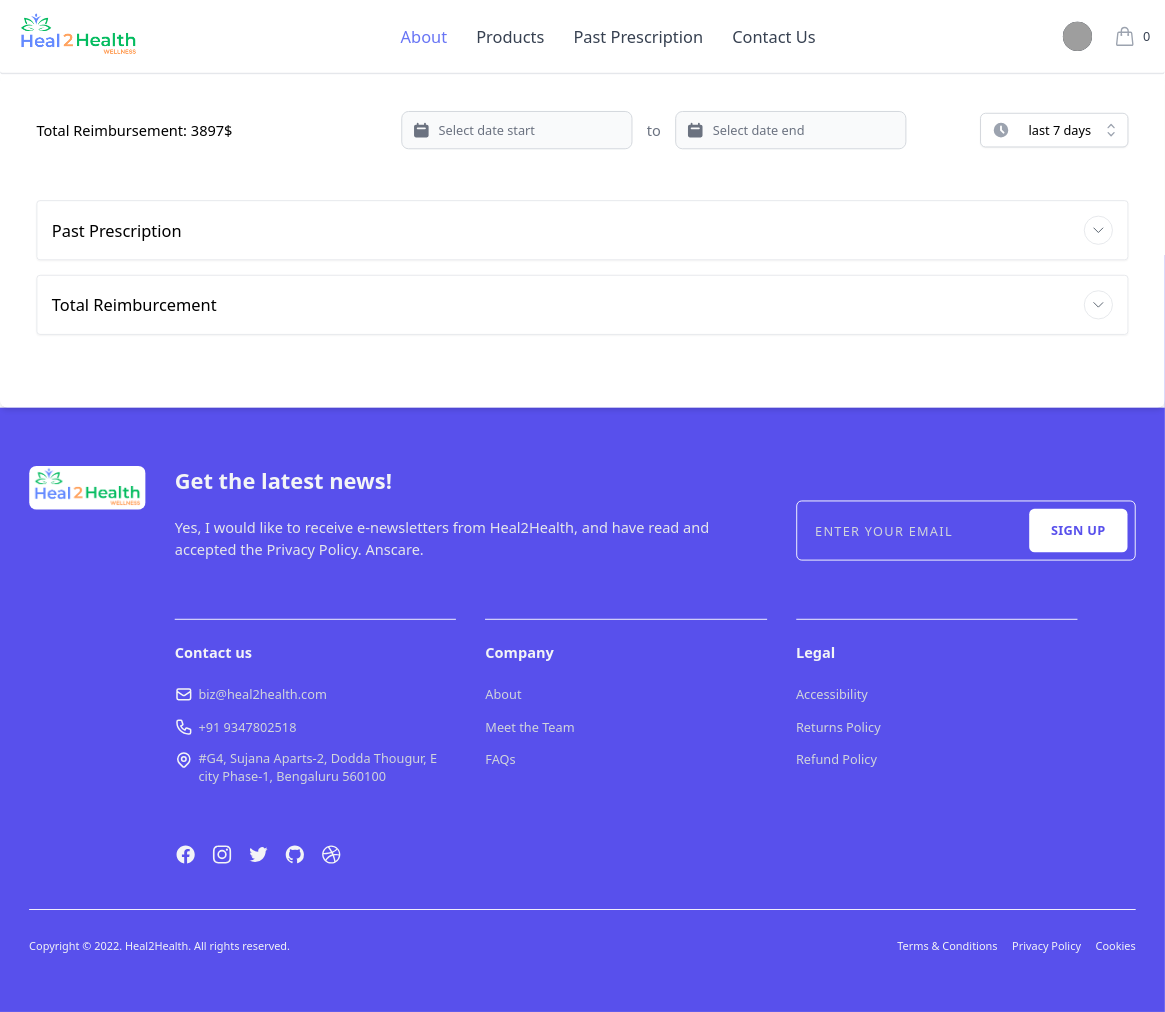
Repository: Akash123-coder/H2H
Page: /pastprescription (app in Frontend/)
The author's editor kept a copy of each file at every save. The page is drawn from the files as they stood at one save, then again after the next save.
The browser window is 1280 px wide. The pictures show the whole page, at 91% of full size.
Pictures or frames that could not be fetched are drawn as grey boxes. The project was rebuilt for these pictures with package versions that can differ from the ones it lists, and the page was loaded fresh each time. Also part of the build but not shown: Frontend/vite.config.ts, Frontend/src/pages/About.tsx, Frontend/src/components/Cta.jsx, Frontend/src/pages/Home.jsx, Frontend/src/components/Product.tsx, Frontend/src/pages/Prescription.jsx, Frontend/src/pages/SignUp.jsx, Frontend/src/pages/Login.jsx and 1 more.

Above is the page before, as saved 2022-10-05 13:01:07.

### Frontend/index.html
<!DOCTYPE html>
<html lang="en">
  <head>
    <meta charset="UTF-8" />
    <link rel="icon" type="image/svg+xml" href="/vite.svg" />
    <meta name="viewport" content="width=device-width, initial-scale=1.0" />
    <title>Heal2Health</title>
  </head>
  <body>
    <div id="root"></div>
    <script type="module" src="/src/main.tsx"></script>
  </body>
</html>

### Frontend/src/main.tsx
import React from 'react'
import ReactDOM from 'react-dom/client'
import App from './App'
import './index.css'
import {BrowserRouter} from 'react-router-dom'

ReactDOM.createRoot(document.getElementById('root') as HTMLElement).render(
  <React.StrictMode>
    <BrowserRouter>
    <App />
    </BrowserRouter>
  </React.StrictMode>
)

### Frontend/src/App.jsx
import { Routes, Route } from "react-router-dom";
import Navbar from "./components/Navbar.jsx";
import { ShoppingCartProvider } from "./context/ShoppingCartContext";
import About from "./pages/About";
import Home from "./pages/Home";
import Prescription from "./pages/Prescription";
import SignUp from "./pages/SignUp";
import Footer from "./components/Footer";
import Login from "./pages/Login";
import Cart from "./pages/Cart";
import CompanyNameSelect from "./pages/CompanyNameSelect.jsx";
import PastPrescription from "./pages/PastPrescription.jsx";

function App() {
  return (
    <ShoppingCartProvider>
      <Navbar />
      <Routes>
        <Route path="/" element={<Home />} />
        <Route path="/prescription" element={<Prescription />} />
        <Route path="/about" element={<About />} />
        <Route path="/login" element={<Login />} />
        <Route path="/SignUp" element={<SignUp />} />
        <Route path="/pastprescription" element={<PastPrescription />} />
        {/* <Route path="/SignUp" element={<CompanyNameSelect />} /> */}
      </Routes>
      <Footer />
    </ShoppingCartProvider>
  );
}

export default App;

### Frontend/src/components/Navbar.jsx
// import user from '../assets/user.png'
import { useState } from 'react'
import logo from '../assets/logo.png'
import {NavLink} from 'react-router-dom'
import { ShoppingBagIcon } from "@heroicons/react/24/outline";
import Cart from '../pages/Cart'

function Navbar() {
    const [Active, setActive] = useState(true)

    const showMenu = () =>{
        setActive(!Active)
    }

  return (
    <div>
      <nav className="bg-white border-b-2  px-2 sm:px-4  py-2.5 rounded fixed-top sticky top-0  dark:bg-gray-900 ">
        <div className="container flex flex-wrap justify-between items-center mx-auto">
          <a href="/" className="flex items-center ">
            <img
              src={logo}
              className="mr-3 h-16 lg:h-14 sm:h-12"
              alt="Flowbite Logo"
            />
          </a>
          <div className="flex items-center md:order-2">
            <NavLink
              to="/login"
              type="button"
              className="flex mr-3 text-sm bg-gray-800 rounded-full md:mr-0 focus:ring-4 focus:ring-gray-300 dark:focus:ring-gray-600"
              id="user-menu-button"
              aria-expanded="false"
              data-dropdown-toggle="user-dropdown"
              data-dropdown-placement="bottom"
            >
              <span className="sr-only">Open user menu</span>
              <img
                className="w-8 h-8 rounded-full"
                src="https://images.pexels.com/photos/614810/pexels-photo-614810.jpeg?auto=compress&cs=tinysrgb&dpr=1&w=500"
                alt="user photo"
              />
            </NavLink>
            <Cart />

            <button
              data-collapse-toggle="mobile-menu-2"
              type="button"
              className="  inlinkne-flex items-center p-2 ml-1 text-sm text-gray-500 rounded-lg md:hidden hover:bg-gray-100 focus:outlinkne-none focus:ring-2 focus:ring-gray-200 dark:text-gray-400 dark:hover:bg-gray-700 dark:focus:ring-gray-600"
              aria-controls="mobile-menu-2"
              aria-expanded="false"
            >
              <span className="sr-only">Open main menu</span>
              <svg
                className="w-6 h-6"
                aria-hidden="true"
                onClick={showMenu}
                fill="currentColor"
                viewBox="0 0 20 20"
                xmlns="http://www.w3.org/2000/svg"
              >
                <path
                  fill-rule="evenodd"
                  d="M3 5a1 1 0 011-1h12a1 1 0 110 2H4a1 1 0 01-1-1zM3 10a1 1 0 011-1h12a1 1 0 110 2H4a1 1 0 01-1-1zM3 15a1 1 0 011-1h12a1 1 0 110 2H4a1 1 0 01-1-1z"
                  clinkp-rule="evenodd"
                ></path>
              </svg>
            </button>
          </div>
          <div
            className={
              !Active
                ? " justify-between items-center w-full md:flex md:w-auto md:order-1 border-b-stone-500"
                : "hidden"
            }
            id="mobile-menu-2"
          >
            <ul className="flex flex-col p-4 mt-4  bg-gray-50 rounded-lg border border-gray-100 md:flex-row md:space-x-8 md:mt-0 md:text-sm md:font-medium md:border-0 md:bg-white dark:bg-gray-800 md:dark:bg-gray-900 dark:border-gray-700">
              <NavLink to="/">
                <a
                  className="block py-2 pr-4 pl-3 text-lg text-white bg-indigo-700 rounded md:bg-transparent md:text-indigo-700 md:p-0 dark:text-white"
                  aria-current="page "
                  onClick={showMenu}
                >
                  About
                </a>
              </NavLink>
              {/* <NavLink to="/about">
                <a
                  className="block py-2 pr-4 pl-3 text-lg text-gray-700 rounded hover:bg-gray-100 md:hover:bg-transparent md:hover:text-indigo-700 md:p-0 dark:text-gray-400 md:dark:hover:text-white dark:hover:bg-gray-700 dark:hover:text-white md:dark:hover:bg-transparent dark:border-gray-700"
                  onClick={showMenu}
                >
                  About
                </a>
              </NavLink> */}

              <NavLink to="/Prescription">
                <a
                  href="#"
                  className="block py-2 pr-4 pl-3 text-lg text-gray-700 rounded hover:bg-gray-100 md:hover:bg-transparent md:hover:text-indigo-700 md:p-0 dark:text-gray-400 md:dark:hover:text-white dark:hover:bg-gray-700 dark:hover:text-white md:dark:hover:bg-transparent dark:border-gray-700"
                  onClick={showMenu}
                >
                  Products
                </a>
              </NavLink>
              <NavLink to="/PastPrescription">
                <a
                  href="#"
                  className="block py-2 pr-4 pl-3 text-lg text-gray-700 rounded hover:bg-gray-100 md:hover:bg-transparent md:hover:text-indigo-700 md:p-0 dark:text-gray-400 md:dark:hover:text-white dark:hover:bg-gray-700 dark:hover:text-white md:dark:hover:bg-transparent dark:border-gray-700"
                  onClick={showMenu}
                  to="/pastprescription"
                >
                  Past Prescription
                </a>
              </NavLink>

              <a
                href="#contact"
                className="block py-2 pr-4 pl-3 text-lg text-gray-700 rounded hover:bg-gray-100 md:hover:bg-transparent md:hover:text-indigo-700 md:p-0 dark:text-gray-400 md:dark:hover:text-white dark:hover:bg-gray-700 dark:hover:text-white md:dark:hover:bg-transparent dark:border-gray-700"
                onClick={showMenu}
              >
                Contact Us
              </a>
            </ul>
          </div>
          <div
            className={
              "hidden justify-between  items-center w-full md:flex md:w-auto md:order-1"
            }
            id="mobile-menu-2"
          >
            <ul className="flex flex-col p-4 mt-4  bg-gray-50 rounded-lg border border-gray-100 md:flex-row md:space-x-8 md:mt-0 md:text-sm md:font-medium md:border-0 md:bg-white dark:bg-gray-800 md:dark:bg-gray-900 dark:border-gray-700">
              <NavLink to="/">
                <a
                  href="#"
                  className="block py-2 pr-4 pl-3 text-lg text-white bg-indigo-700 rounded md:bg-transparent md:text-indigo-500 md:p-0 dark:text-white"
                  aria-current="page"
                >
                  About
                </a>
              </NavLink>
              {/* <NavLink to="/about">
                <a
                  href="#"
                  className="block py-2 pr-4 pl-3 text-gray-700 rounded text-lg hover:bg-gray-100 md:hover:bg-transparent md:hover:text-indigo-700 md:p-0 dark:text-gray-400 md:dark:hover:text-white dark:hover:bg-gray-700 dark:hover:text-white md:dark:hover:bg-transparent dark:border-gray-700"
                >
                  About
                </a>
              </NavLink> */}

              <NavLink to="/prescription">
                <a
                  href="#"
                  className="block py-2 pr-4 pl-3 text-gray-700 rounded text-lg hover:bg-gray-100 md:hover:bg-transparent md:hover:text-indigo-500 md:p-0 dark:text-gray-400 md:dark:hover:text-white dark:hover:bg-gray-700 dark:hover:text-white md:dark:hover:bg-transparent dark:border-gray-700"
                >
                  Products
                </a>
              </NavLink>
              <NavLink to="/PastPrescription">
                <a
                  href="#"
                  className="block py-2 pr-4 pl-3 text-lg text-gray-700 rounded hover:bg-gray-100 md:hover:bg-transparent md:hover:text-indigo-700 md:p-0 dark:text-gray-400 md:dark:hover:text-white dark:hover:bg-gray-700 dark:hover:text-white md:dark:hover:bg-transparent dark:border-gray-700"
                  to="/pastprescription"
                >
                  Past Prescription
                </a>
              </NavLink>
              <a
                href="#contact"
                className="block py-2 pr-4 pl-3 text-gray-700 rounded text-lg hover:bg-gray-100 md:hover:bg-transparent md:hover:text-indigo-500 md:p-0 dark:text-gray-400 md:dark:hover:text-white dark:hover:bg-gray-700 dark:hover:text-white md:dark:hover:bg-transparent dark:border-gray-700"
              >
                Contact Us
              </a>
            </ul>
          </div>
        </div>
      </nav>
    </div>
  );
}

export default Navbar

### Frontend/src/context/ShoppingCartContext.tsx
import {useContext ,useState, createContext ,ReactNode} from 'react'

const ShoppingCartContext = createContext({})

type ShoppingCartProviderProps ={
    children: ReactNode
}
type CartItem = {
    id: number
    quantity:number
}


type ShoppingCartContext ={
    CartQuantity:number
    CartItems:CartItem[]
    getItemQuantity:(id: number) => number
    increaseItemQuantity:(id: number) => void
    decreaseItemQuantity:(id: number) => void
    removeFromCart:(id: number) => void
}

export function useShoppingCart() {
  return ( useContext(ShoppingCartContext)
  )
}

export function ShoppingCartProvider({children}:ShoppingCartProviderProps){
    const [cartItems ,setCartItems] = useState<CartItem>([]);

    const CartQuantity = cartItems.reduce(
        (quantity ,item) => item.quantity + quantity,0
    )

    function getItemQuantity(id : number){
        return cartItems.find( item => item.id === id)?.quantity || 0
    }
    function increaseItemQuantity(id : number){
         setCartItems(currItems =>{
            if(currItems.find(item => item.id === id)==null){
                return [...currItems, {id , quantity : 1}]

            } else {
                return currItems.map(item =>{
                    if(item.id === id ){
                        return {...item ,quantity: item.quantity + 1}
                    }else{
                        return item
                    }
                })
            }
         })
    }
    function decreaseItemQuantity(id: number) {
        setCartItems(currItems => {
          if (currItems.find(item => item.id === id)?.quantity === 1) {
            return currItems.filter(item => item.id !== id)
          } else {
            return currItems.map(item => {
              if (item.id === id) {
                return { ...item, quantity: item.quantity - 1 }
              } else {
                return item
              }
            })
          }
        })
      }
    function removeFromCart(id : number){
        setCartItems(currItems =>{
            return currItems.filter(item =>item.id!==id)
        })
    }
    return (

        <ShoppingCartContext.Provider value = {{getItemQuantity,increaseItemQuantity,decreaseItemQuantity ,removeFromCart,cartItems,CartQuantity}}>
            {children}
        </ShoppingCartContext.Provider>
    )
}

### Frontend/src/pages/PastPrescription.jsx

import React from 'react'
import { AccodianData } from '../components/AccodianData';
import DatePickercomp from '../components/DatePickercomp';
import Select from '../components/Select';

function PastPrescription() {

  return (
    <div>
      <div class="overflow-x-auto relative shadow-md sm:rounded-lg p-10">
        <div class="flex justify-between items-center pb-4">
          <div className="relative">
            <div
              id="table-Reimbursement"
              class="flex flex-nowrap items-center pl-10 w-80 text-sm text-gray-900 bg-gray-50 rounded-lg focus:ring-blue-500 focus:border-blue-500 dark:bg-gray-700 dark:border-gray-600 dark:placeholder-gray-400 dark:text-white dark:focus:ring-blue-500 dark:focus:border-blue-500"
            />
            Total Reimbursement: 3897$
          </div>
          <div className="flex justify-left">
          <DatePickercomp />
          </div>
          <Select />
        </div>
        <AccodianData/>

      </div>
    </div>
  );
}

export default PastPrescription

### Frontend/src/components/DatePickercomp.jsx
// import  React from "react";
// import TextField from "@mui/material/TextField";
// import Box from "@mui/material/Box";
// import { LocalizationProvider } from "@mui/x-date-pickers-pro";
// import { AdapterDayjs } from "@mui/x-date-pickers-pro/AdapterDayjs";
// import { DateRangePicker } from "@mui/x-date-pickers-pro/DateRangePicker";

// export default function BasicDateRangePicker() {
//   const [value, setValue] = React.useState([null, null]);

//   return (
//     <LocalizationProvider
//       dateAdapter={AdapterDayjs}
//       localeText={{ start: "Check-in", end: "Check-out" }}
//     >
//       <DateRangePicker
//         value={value}
//         onChange={(newValue) => {
//           setValue(newValue);
//         }}
//         renderInput={(startProps, endProps) => (
//           <React.Fragment>
//             <TextField {...startProps} />
//             <Box sx={{ mx: 2 }}> to </Box>
//             <TextField {...endProps} />
//           </React.Fragment>
//         )}
//       />
//     </LocalizationProvider>
//   );
// }

import React from 'react'

function DatePickercomp() {
  return (
    <div>
<div date-rangepicker="" class="flex items-center">
  <div class="relative">
    <div class="flex absolute inset-y-0 left-0 items-center pl-3 pointer-events-none">
        <svg aria-hidden="true" class="w-5 h-5 text-gray-500 dark:text-gray-400" fill="currentColor" viewBox="0 0 20 20" xmlns="http://www.w3.org/2000/svg"><path fill-rule="evenodd" d="M6 2a1 1 0 00-1 1v1H4a2 2 0 00-2 2v10a2 2 0 002 2h12a2 2 0 002-2V6a2 2 0 00-2-2h-1V3a1 1 0 10-2 0v1H7V3a1 1 0 00-1-1zm0 5a1 1 0 000 2h8a1 1 0 100-2H6z" clip-rule="evenodd"></path></svg>
    </div>
    <input name="start" type="text" class="bg-gray-50 border border-gray-300 text-gray-900 sm:text-sm rounded-lg focus:ring-blue-500 focus:border-blue-500 block w-full pl-10 p-2.5 dark:bg-gray-700 dark:border-gray-600 dark:placeholder-gray-400 dark:text-white dark:focus:ring-blue-500 dark:focus:border-blue-500 datepicker-input" placeholder="Select date start"/>
  </div>
  <span class="mx-4 text-gray-500">to</span>
  <div class="relative">
    <div class="flex absolute inset-y-0 left-0 items-center pl-3 pointer-events-none">
        <svg aria-hidden="true" class="w-5 h-5 text-gray-500 dark:text-gray-400" fill="currentColor" viewBox="0 0 20 20" xmlns="http://www.w3.org/2000/svg"><path fill-rule="evenodd" d="M6 2a1 1 0 00-1 1v1H4a2 2 0 00-2 2v10a2 2 0 002 2h12a2 2 0 002-2V6a2 2 0 00-2-2h-1V3a1 1 0 10-2 0v1H7V3a1 1 0 00-1-1zm0 5a1 1 0 000 2h8a1 1 0 100-2H6z" clip-rule="evenodd"></path></svg>
    </div>
    <input name="end" type="text" class="bg-gray-50 border border-gray-300 text-gray-900 sm:text-sm rounded-lg focus:ring-blue-500 focus:border-blue-500 block w-full pl-10 p-2.5 dark:bg-gray-700 dark:border-gray-600 dark:placeholder-gray-400 dark:text-white dark:focus:ring-blue-500 dark:focus:border-blue-500 datepicker-input" placeholder="Select date end"/>
</div>
</div>
</div>
  )
}

export default DatePickercomp

### Frontend/src/components/Select.jsx
/* This example requires Tailwind CSS v2.0+ */
import { Fragment, useState } from "react";
import { Listbox, Transition } from "@headlessui/react";
import { CheckIcon, ChevronUpDownIcon } from "@heroicons/react/20/solid";

const people = [
  {
    id: 5,
    name: "Till date",
  },
  {
    id: 1,
    name: " last 30 days",
  },
  {
    id: 2,
    name: "last day",
  },
  {
    id: 3,
    name: "last 7 days",
  },
  {
    id: 4,
    name: "last 6 months",
  },
];

function classNames(...classes) {
  return classes.filter(Boolean).join(" ");
}

export default function Select() {
  const [selected, setSelected] = useState(people[3]);

  return (
    <Listbox value={selected} onChange={setSelected}>
      {({ open }) => (
        <>
          <div className="relative ">
            <Listbox.Button className="relative w-full  cursor-default rounded-md border border-gray-300 bg-white py-2 pl-3 pr-10 text-left shadow-sm focus:border-indigo-500 focus:outline-none focus:ring-1 focus:ring-indigo-500 sm:text-sm">
              <span className="flex items-center">
                <svg
                  class="mr-2 w-5 h-5 text-gray-400"
                  aria-hidden="true"
                  fill="currentColor"
                  viewBox="0 0 20 20"
                  xmlns="http://www.w3.org/2000/svg"
                >
                  <path
                    fill-rule="evenodd"
                    d="M10 18a8 8 0 100-16 8 8 0 000 16zm1-12a1 1 0 10-2 0v4a1 1 0 00.293.707l2.828 2.829a1 1 0 101.415-1.415L11 9.586V6z"
                    clip-rule="evenodd"
                  ></path>
                </svg>
                <span className="ml-3 block truncate">{selected.name}</span>
              </span>
              <span className="pointer-events-none absolute inset-y-0 right-0 ml-3 flex items-center pr-2">
                <ChevronUpDownIcon
                  className="h-5 w-5 text-gray-400"
                  aria-hidden="true"
                />
              </span>
            </Listbox.Button>

            <Transition
              show={open}
              as={Fragment}
              leave="transition ease-in duration-100"
              leaveFrom="opacity-100"
              leaveTo="opacity-0"
            >
              <Listbox.Options className="absolute z-10 mt-1 max-h-56 w-full overflow-auto rounded-md bg-white py-1 text-base shadow-lg ring-1 ring-black ring-opacity-5 focus:outline-none sm:text-sm">
                {people.map((person) => (
                  <Listbox.Option
                    key={person.id}
                    className={({ active }) =>
                      classNames(
                        active ? "text-white bg-indigo-600" : "text-gray-900",
                        "relative cursor-default select-none py-2 pl-3 pr-9"
                      )
                    }
                    value={person}
                  >
                    {({ selected, active }) => (
                      <>
                        <div className="flex items-center">

                          <span
                            className={classNames(
                              selected ? "font-semibold" : "font-normal",
                              "ml-3 block truncate"
                            )}
                          >
                            {person.name}
                          </span>
                        </div>

                        {selected ? (
                          <span
                            className={classNames(
                              active ? "text-white" : "text-indigo-600",
                              "absolute inset-y-0 right-0 flex items-center pr-4"
                            )}
                          >
                            <CheckIcon className="h-5 w-5" aria-hidden="true" />
                          </span>
                        ) : null}
                      </>
                    )}
                  </Listbox.Option>
                ))}
              </Listbox.Options>
            </Transition>
          </div>
        </>
      )}
    </Listbox>
  );
}

### Frontend/tailwind.config.cjs
/** @type {import('tailwindcss').Config} */
module.exports = {
  content: [
    "./src/**/*.{js,jsx,ts,tsx}",
    "node_modules/flowbite-react/**/*.{js,jsx,ts,tsx}",
  ],
  theme: {
    extend: {},
  },
  plugins: [require("flowbite/plugin"), require("@tailwindcss/forms")],
};

Loaded but not shown: Frontend/src/index.css (common file); Frontend/src/components/Footer.jsx (300 lines, source omitted); Frontend/src/components/AccodianData.jsx (333 lines, source omitted); Frontend/src/pages/Cart.jsx (227 lines, source omitted)

After the next save:
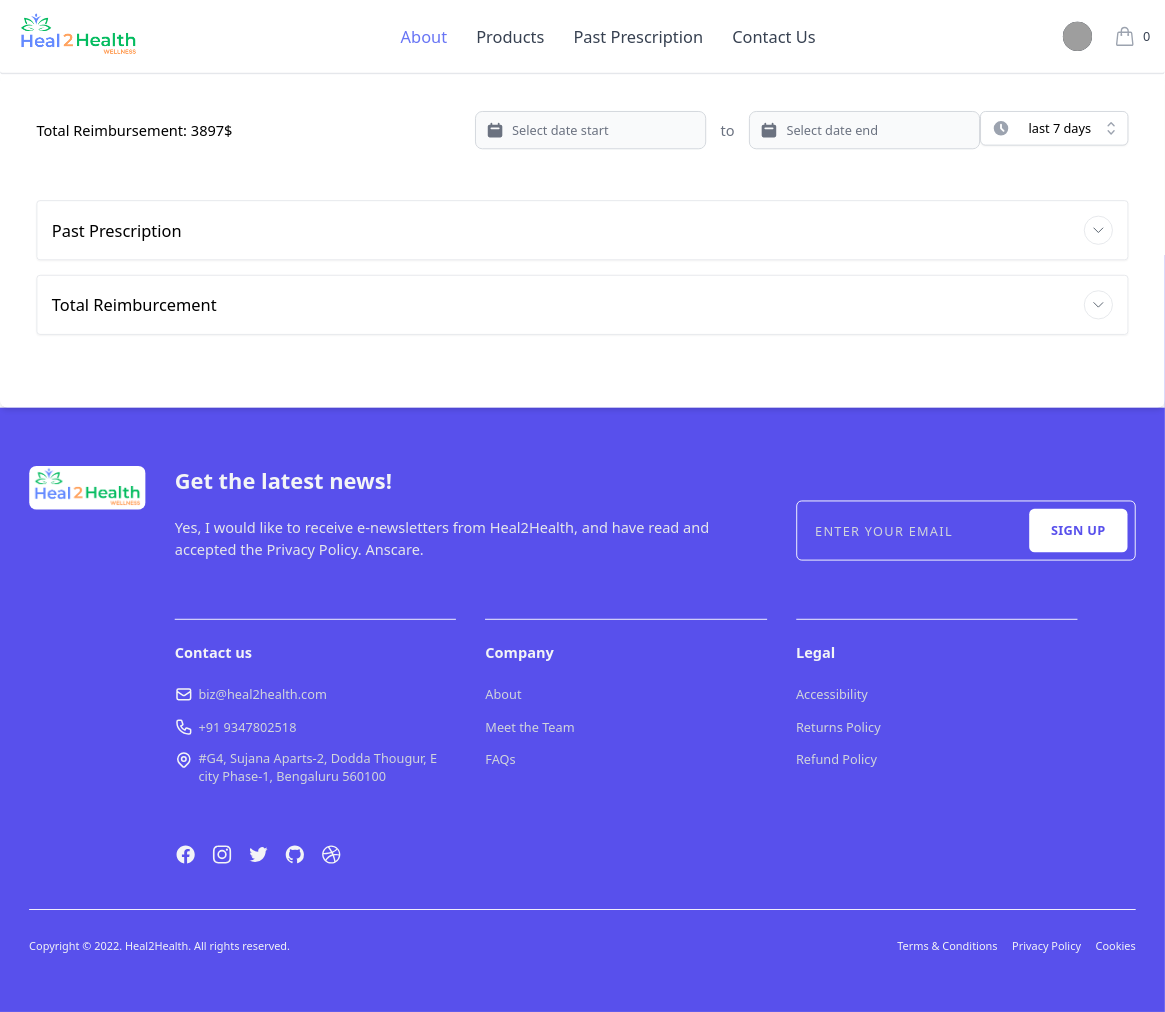
Saved 37 s later.
--- a/Frontend/src/pages/PastPrescription.jsx
+++ b/Frontend/src/pages/PastPrescription.jsx
@@ -19,8 +19,8 @@
           </div>
           <div className="flex justify-left">
           <DatePickercomp />
+          <Select />
           </div>
-          <Select />
         </div>
         <AccodianData/>
 
